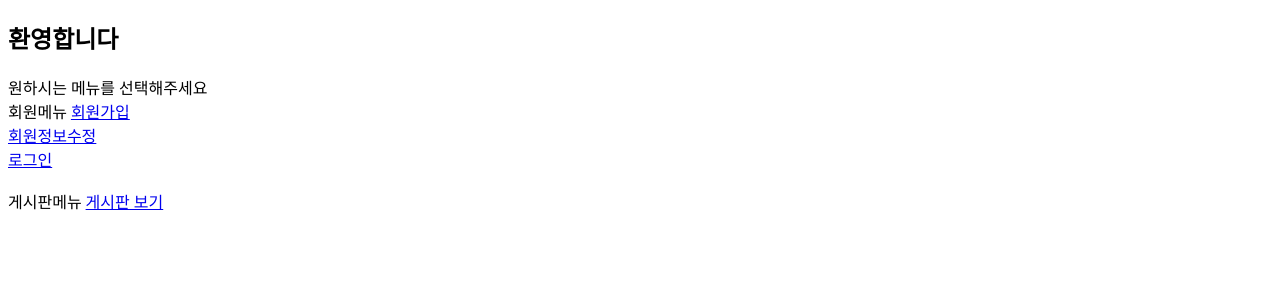
Repository: AHJ2616/Java
Page: http://localhost/board-jsp/Practice/main.jsp
The author's editor kept a copy of each file at every save. The page is drawn from the files as they stood at one save, then again after the next save.
The browser window is 1280 px wide. The pictures show the whole page.
The page is served by Tomcat 9. Other server files are loaded and not shown.

Above is the page before, as saved 2024-07-25 03:27:57.

### jsp_workspace/board-jsp/src/main/webapp/Practice/main.jsp
<%@ page language="java" contentType="text/html; charset=UTF-8"
    pageEncoding="UTF-8"%>
<!DOCTYPE html>
<html>
<head>
<meta charset="UTF-8">
<title>메인 : 메인메뉴</title>
</head>
<body>
<h2>환영합니다</h2>

<div id="main_menu">
원하시는 메뉴를 선택해주세요<br>
회원메뉴
<a href="register_member.jsp">회원가입</a><br>
<a href="modify_member.jsp">회원정보수정</a><br>
<a href="login_member.jsp">로그인</a><br><br>

게시판메뉴
<a href="show_board.jsp">게시판 보기</a><br>
</div>


</body>
</html>

After the next save:
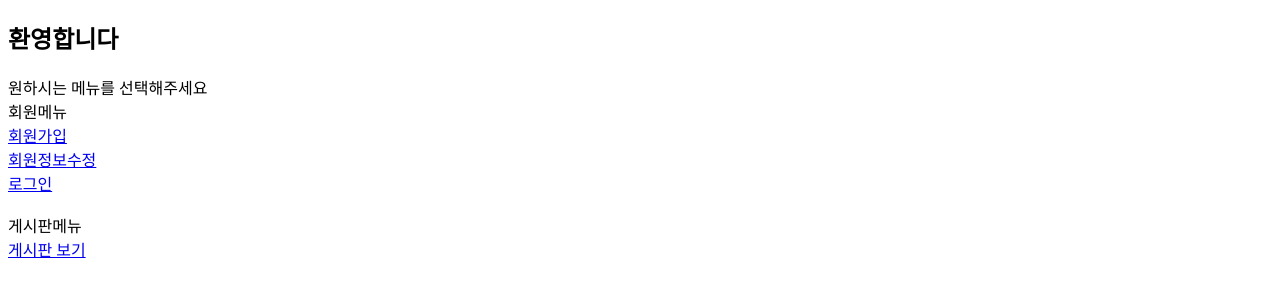
Saved 102 s later.
--- a/jsp_workspace/board-jsp/src/main/webapp/Practice/main.jsp
+++ b/jsp_workspace/board-jsp/src/main/webapp/Practice/main.jsp
@@ -10,13 +10,13 @@
 <h2>환영합니다</h2>
 
 <div id="main_menu">
-원하시는 메뉴를 선택해주세요<br>
-회원메뉴
+<a>원하시는 메뉴를 선택해주세요</a><br>
+<a>회원메뉴</a><br>
 <a href="register_member.jsp">회원가입</a><br>
 <a href="modify_member.jsp">회원정보수정</a><br>
 <a href="login_member.jsp">로그인</a><br><br>
 
-게시판메뉴
+<a>게시판메뉴</a><br>
 <a href="show_board.jsp">게시판 보기</a><br>
 </div>
 
